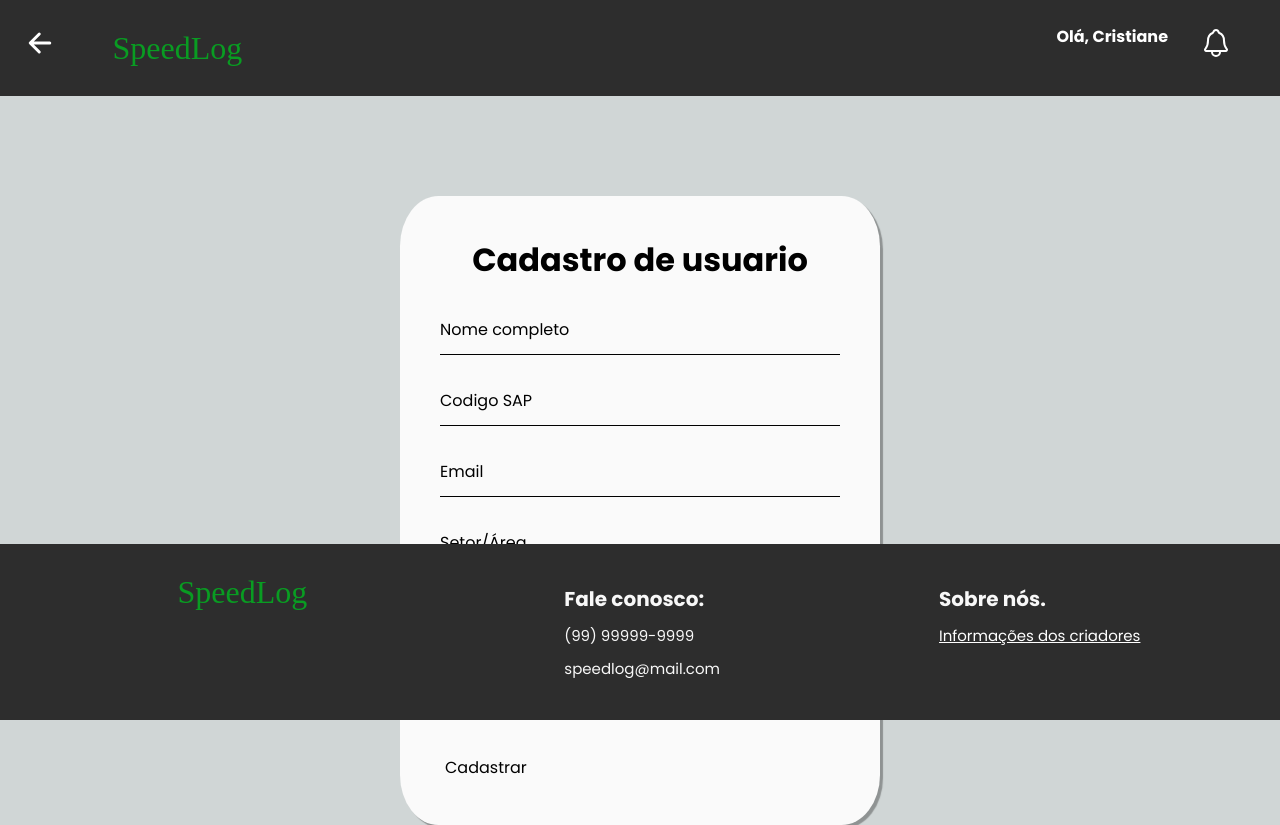
Repository: crisholiveira/speedlog
Page: http://localhost/cadastroDeUsuario/
These files come from the project's save history. The page is drawn as it stood at one moment and after the next save; the edit follows.
The browser window is 1280 px wide. The pictures show the whole page.
Some web fonts or font styles are not loaded; a fallback is used. The page is served by the project's Node server (app.js). Other server files are loaded and not shown.

Above is the page before, as saved 2022-01-16 19:31:21.

### views/cadUsuario.ejs
<!DOCTYPE html>
<html lang="pt-br">
<head>
    <meta charset="UTF-8">
    <meta http-equiv="X-UA-Compatible" content="IE=edge">
    <meta name="viewport" content="width=device-width, initial-scale=1.0">
    <title>Cadastro de usuário</title>

    <link rel="stylesheet" href="/stylesheets/cadUsuario.css">
    <%- include('./partials/header.ejs') %>

</head>


<body>

    <div class="container">
        <div class="card">
            <h1>Cadastro de usuario</h1>

            <div class="label-float">
                <input type="text" name="nome" id="nome" placeholder=" ">
                <label for="nome">Nome completo</label>
            </div>

            <div class="label-float">
                <input type="number" name="sap" id="sap" placeholder=" ">
                <label for="sap">Codigo SAP</label>
            </div>

            <div class="label-float">
                <input type="email" name="email" id="email" placeholder=" ">
                <label for="email">Email</label>
            </div>

            <div class="label-float">
                <input type="text" name="setor" id="setor" placeholder=" ">
                <label for="setor">Setor/Área</label>
            </div>

            <div class="label-float">
                <input type="text" name="usuario" id="usuario" placeholder=" ">
                <label for="usuario">Usuário</label>
            </div>

            <div class="label-float">
                <input type="password" name="senha" id="senha" placeholder=" ">
                <label for="senha">Senha daora</label>
            </div>

            <div class="justfy-center">
                <button>Cadastrar</button>
            </div>

        </div>
    </div>


    <%- include('./partials/footer.ejs') %>
</body>


</html>

### views/partials/header.ejs
<!DOCTYPE html>
<html lang="en">

<head>
    <meta charset="UTF-8">
    <meta http-equiv="X-UA-Compatible" content="IE=edge">
    <meta name="viewport" content="width=device-width, initial-scale=1.0">
    <link rel="stylesheet" href="/stylesheets/header.css">
    <title>SpeedLog</title>
</head>
<header>
    <div id="menu-header">
        <div class="header-container">
            <span class="icone-voltar"><a href="/home"><ion-icon name="arrow-back-outline"></ion-icon></a>

            </span>
            <span class="logo">SpeedLog</span>
            <span class="icone-notificacao">
                <ion-icon name="notifications-outline"></ion-icon>
            </span>
            <span class="bem-vindo">
                <h4>Olá, Cristiane</h4>
            </span>
        </div>
    </div>
</header>
<script type="module" src="https://unpkg.com/ionicons@5.5.2/dist/ionicons/ionicons.esm.js"></script>
<script nomodule src="https://unpkg.com/ionicons@5.5.2/dist/ionicons/ionicons.js"></script>

### views/partials/footer.ejs
<!DOCTYPE html>
<html lang="en">
<head>
    <meta charset="UTF-8">
    <meta http-equiv="X-UA-Compatible" content="IE=edge">
    <meta name="viewport" content="width=device-width, initial-scale=1.0">
    <title>Document</title>
    <link rel="stylesheet" href="/stylesheets/footer.css">
</head>

<footer>

    <div class="footer">

        <div class="caixa1">
            <span class="logo"> SpeedLog </span>
        </div>

        <div class="caixa2">

            <ul>
            <li class="titulo"><b>Fale conosco:</b> </li>
            <li >(99) 99999-9999</li>
            <li>speedlog@mail.com</li>
            </ul>

        </div>

        <div class='caixa3'>
            <ul>
                <li class="titulo"><b>Sobre nós.</b></li>
                <li><a href="#" style="color: white">Informações dos criadores</a></li>
            </ul>
        </div>


    </div>

</footer>

### app.js
var createError = require('http-errors');
var express = require('express');
var path = require('path');
var cookieParser = require('cookie-parser');
var logger = require('morgan');

var indexRouter = require('./routes/index');
var usersRouter = require('./routes/users');
var homeRouter = require('./routes/home');
var perfilRouter = require('./routes/perfil');
var requisicoesRouter = require('./routes/requisicoes');
var estoqueRouter = require('./routes/estoque');
var usuariosRouter = require('./routes/usuarios');
var produtosRouter = require('./routes/produtos');
var cadFornecedorRouter = require('./routes/cadFornecedor')
var cadUsuarioRouter = require('./routes/cadUsuario');


var app = express();

// view engine setup
app.set('views', path.join(__dirname, 'views'));
app.set('view engine', 'ejs');

app.use(logger('dev'));
app.use(express.json());
app.use(express.urlencoded({ extended: false }));
app.use(cookieParser());
app.use(express.static(path.join(__dirname, 'public')));

app.use('/', indexRouter);
app.use('/users', usersRouter);
app.use('/home', homeRouter);
app.use('/perfil', perfilRouter);
app.use('/requisicoes', requisicoesRouter);
app.use('/estoque', estoqueRouter);
app.use('/usuarios', usuariosRouter);
app.use('/produtos', produtosRouter);
app.use('/cadastroDeFornecedor', cadFornecedorRouter);
app.use('/cadastroDeUsuario', cadUsuarioRouter);

// catch 404 and forward to error handler
app.use(function(req, res, next) {
  next(createError(404));
});

// error handler
app.use(function(err, req, res, next) {
  // set locals, only providing error in development
  res.locals.message = err.message;
  res.locals.error = req.app.get('env') === 'development' ? err : {};

  // render the error page
  res.status(err.status || 500);
  res.render('error');
});

module.exports = app;

### controllers/cadUsuarioController.js
const cadUsuarioController = {
    index: (req,res) => {
        res.render('cadUsuario')
    }
}

module.exports = cadUsuarioController;

### public/stylesheets/cadUsuario.css
* {
    margin: 0;
    padding: 0;
}

body{
    background-color: rgb(208, 214, 214);
    /*
    background-image: url(../img/fundo.jpg);
    background-repeat: no-repeat;
    background-size: cover;
    background-position: center;
    background-attachment: fixed; */
}

.container{
    display: flex;
    justify-content: center;
    width: 100%;
    margin-top: 100px;
}

.card{
    background-color: rgb(250, 250, 250);
    padding: 40px;
    border-radius: 8%;
    box-shadow: 3px 3px 1px 0 #00000050;
}

h1{
    text-align: center;
    margin-bottom: 20px;
}

.label-float input{
    width: 100%;
    padding: 5px 5px;
    display: inline-block;
    border: 0;
    border-bottom: 1px solid #000;
    background-color: transparent;
    outline: none;
    min-width: 400px;
    font-size: 18px;
    transition: all .3s ease-out;
}

.label-float{
    position: relative;
    padding-top: 13px;
    margin-top: 5%;
    margin-bottom: 5%;
}

.label-float input:focus{
    border-bottom: 2px solid #000;
}

.label-float label{
    color: rgb(0, 0, 0);
    pointer-events: none;
    position: absolute;
    top: 0;
    left: 0;
    margin-top: 13px;
    transition: all .3s ease-out;
}

.label-float input:focus + label{
    font-size: 12px;
    margin-top: 0;
    color: black;
}

button{
    background-color: transparent;
    border-color: black;
    color: black;
    padding: 5px;
    font-size: 12pt;
    margin-top: 20px;
    border-radius: 8%;
    cursor: pointer;
    outline: node;
}

button:hover{
    background-color: rgb(27, 168, 81);
    color: white;
    transition: all .3s ease-out;
}

### public/stylesheets/header.css
@import url('https://fonts.googleapis.com/css2?family=Poppins:wght@100;200;300;400;500;600;700&display=swap');
@import url('https://fonts.googleapis.com/css2?family=Patrick+Hand&display=swap');

*{
    padding: 0;
    margin: 0;
    box-sizing: border-box;
    border: none;
    font-family: 'Poppins'
}

header {
    min-height: 10vh;
    background-color:#2d2d2d;

}

.header-container a {
    color: white;
}



.header-container {
    padding: 1.5rem;

}

.logo {
    color:#099c22;
    font-family: 'Patrick Hand', cursive;
    font-size: 2rem;
    padding: 3rem;

}


.icone-voltar {
    font-size: 2rem;
    color: white;



}

.icone-notificacao {
    font-size: 2rem;
    color: white;
    float: right;
    padding-right: 1.5rem;

}

.bem-vindo {
    color: white;
    float: right;

}
.bem-vindo h4 {
    padding-right: 2rem;
}
@media (max-width: 768px){
    .logo{
        display: none;
    }
}

### public/stylesheets/footer.css
*{
    padding: 0;
    margin: 0;
    box-sizing: border-box;
    border: none;
    font-family: 'Poppins'
}

footer{
    min-height: 10vh;
    background-color:#2d2d2d;
    color: rgb(248, 248, 248);
    padding: 30px;
    position: absolute;
    bottom: 0px;
    width: 100%;

}

.logo{
    color:#099c22;
    font-family: 'Patrick Hand', cursive;
    font-size: 2rem;
    text-align: center;
}

ul{

    list-style: none;


}

li{
    margin: 10px;
    font-size: 15px;

}

.footer{
    display: flex;
    justify-content: space-around;
}

.titulo{
    font-size: 20px;
}

After the next save:
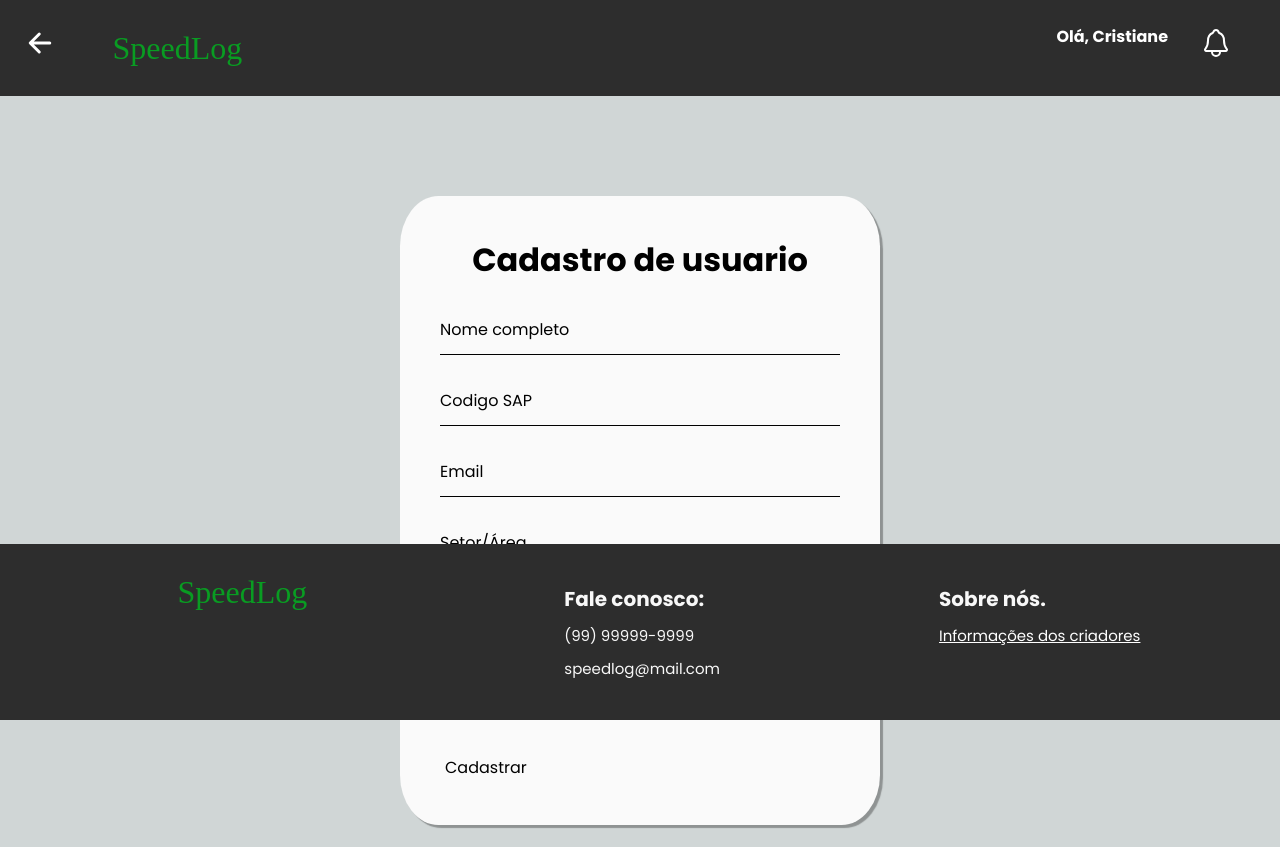
Saved 89 min 9 s later.
--- a/public/stylesheets/cadUsuario.css
+++ b/public/stylesheets/cadUsuario.css
@@ -25,6 +25,7 @@ body{
     padding: 40px;
     border-radius: 8%;
     box-shadow: 3px 3px 1px 0 #00000050;
+    margin-bottom: 3vh;
 }
 
 h1{
